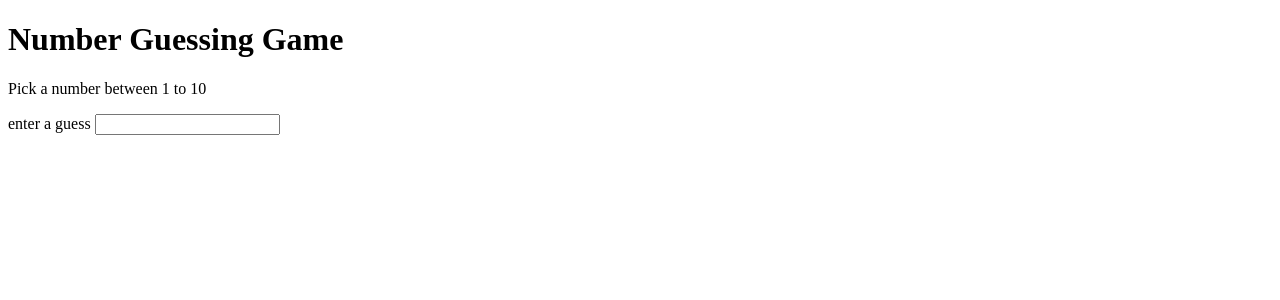
Repository: albinsabu2023/Stopwatch-program
Page: index.html
An editor plug-in stored every save of this project. The page is shown before and after the next save, followed by the edit.
The browser window is 1280 px wide. The pictures show the whole page.

Above is the page before, as saved 2023-03-02 22:25:26.

After the next save:
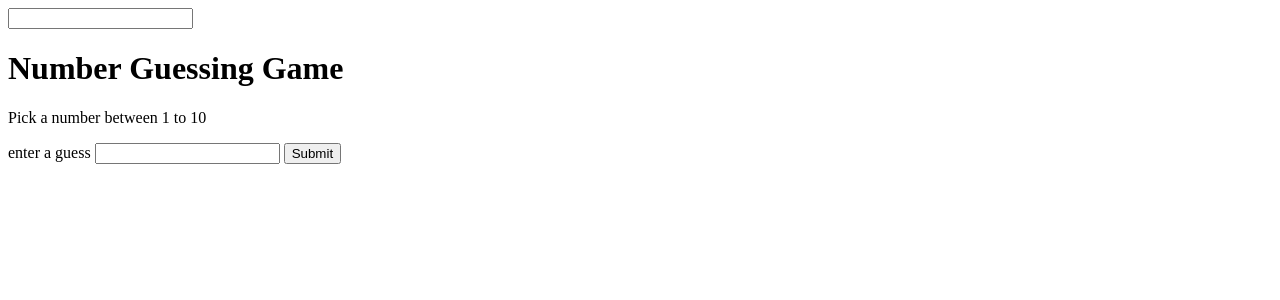
Saved 69 s later.
--- a/index.html
+++ b/index.html
@@ -1,5 +1,5 @@
 <!DOCTYPE html>
-<html lang="en">
+<input lang="en">
 <head>
     <meta charset="UTF-8">
     <meta http-equiv="X-UA-Compatible" content="IE=edge">
@@ -11,7 +11,8 @@
     <h1>Number Guessing Game</h1>
     <p>Pick a number between 1 to 10</p>
     <label>enter a guess</label>
-    <input>
+    <input id="gusess" type="text"></input>
+    <input type="submit" id="submit">
     <script src="index.js"></script>
 </body>
 </html>
